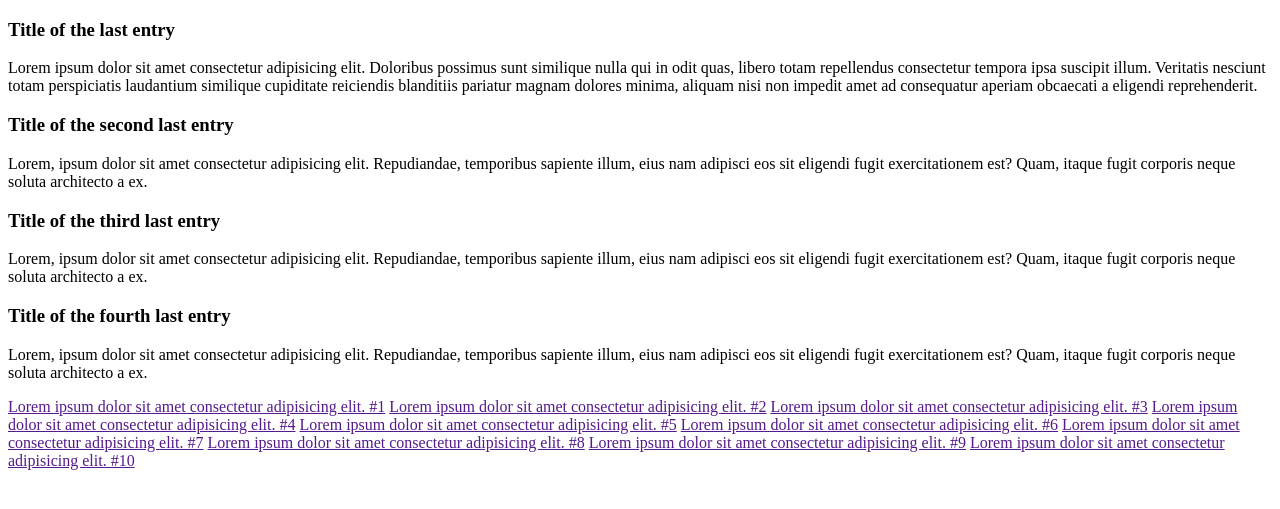
Repository: KikiMcArron/Don_Kiki_McArron
Page: index.html
The author's editor kept a copy of each file at every save. The page is drawn from the files as they stood at one save, then again after the next save.
The browser window is 1280 px wide. The pictures show the whole page.

Above is the page before, as saved 2022-04-10 19:16:00.

After the next save:
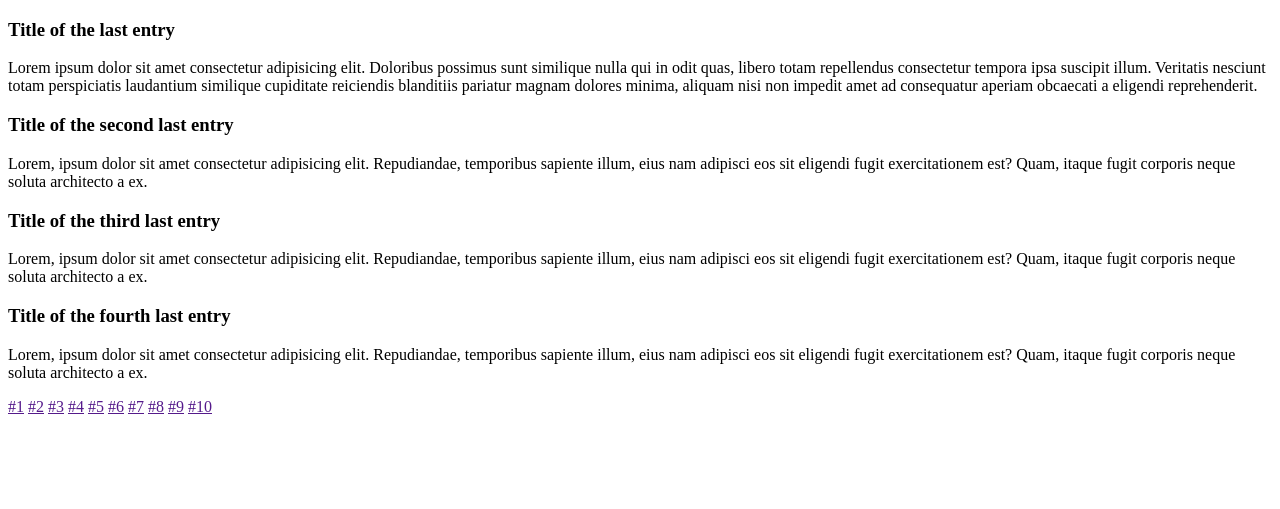
Saved 7 s later.
--- a/index.html
+++ b/index.html
@@ -43,16 +43,16 @@
             </article>
         </section>
         <section class="hitory_entries">
-            <a href="">Lorem ipsum dolor sit amet consectetur adipisicing elit. #1</a>
-            <a href="">Lorem ipsum dolor sit amet consectetur adipisicing elit. #2</a>
-            <a href="">Lorem ipsum dolor sit amet consectetur adipisicing elit. #3</a>
-            <a href="">Lorem ipsum dolor sit amet consectetur adipisicing elit. #4</a>
-            <a href="">Lorem ipsum dolor sit amet consectetur adipisicing elit. #5</a>
-            <a href="">Lorem ipsum dolor sit amet consectetur adipisicing elit. #6</a>
-            <a href="">Lorem ipsum dolor sit amet consectetur adipisicing elit. #7</a>
-            <a href="">Lorem ipsum dolor sit amet consectetur adipisicing elit. #8</a>
-            <a href="">Lorem ipsum dolor sit amet consectetur adipisicing elit. #9</a>
-            <a href="">Lorem ipsum dolor sit amet consectetur adipisicing elit. #10</a>
+            <a href=""> #1</a>
+            <a href=""> #2</a>
+            <a href=""> #3</a>
+            <a href=""> #4</a>
+            <a href=""> #5</a>
+            <a href=""> #6</a>
+            <a href=""> #7</a>
+            <a href=""> #8</a>
+            <a href=""> #9</a>
+            <a href=""> #10</a>
 
         </section>
     </main>
